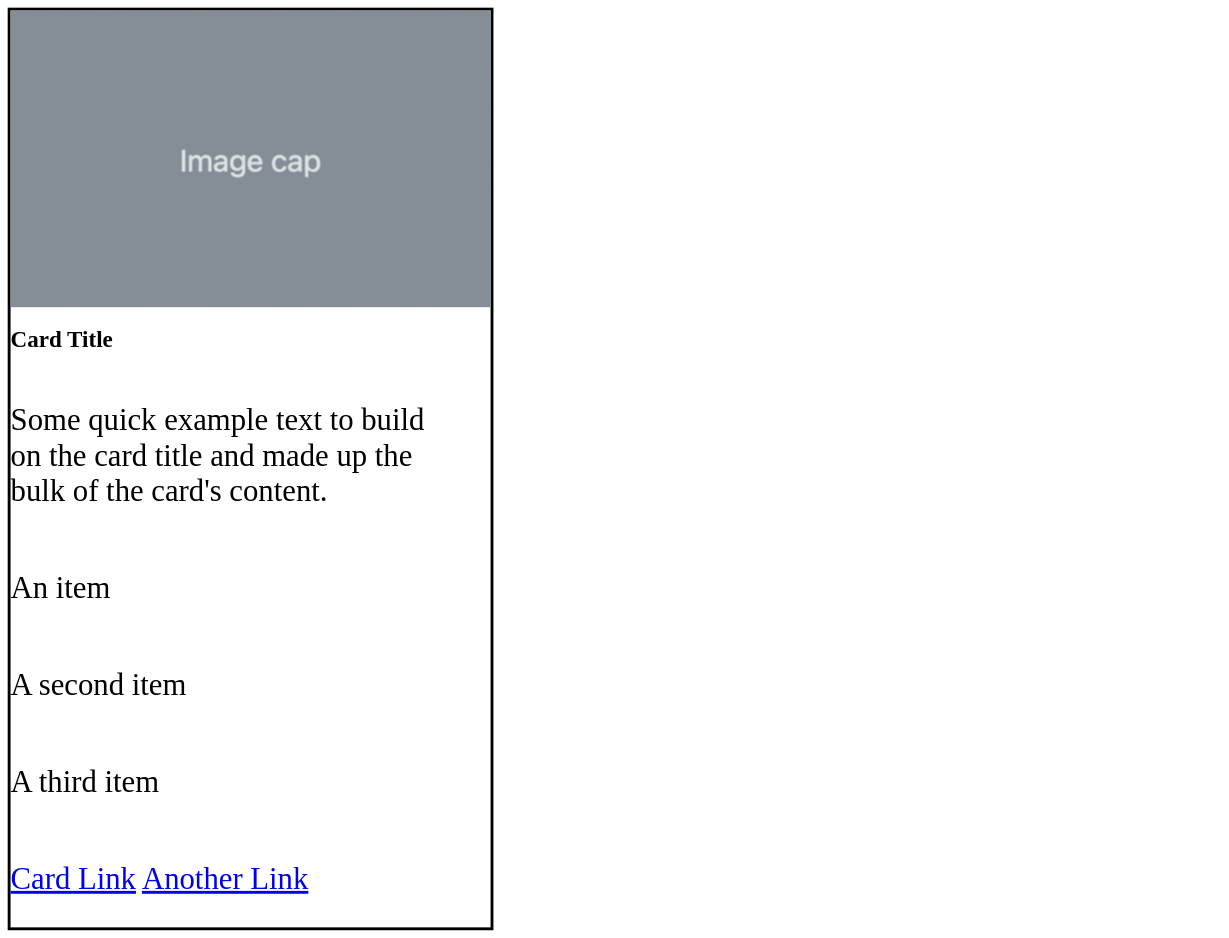
Repository: tr2cky/jsx-exercise
Page: 04 Card/card.html
An editor plug-in stored every save of this project. The page is shown before and after the next save, followed by the edit.
The browser window is 1280 px wide. The pictures show the whole page, at 96% of full size.

Above is the page before, as saved 2022-09-27 16:09:21.

After the next save:
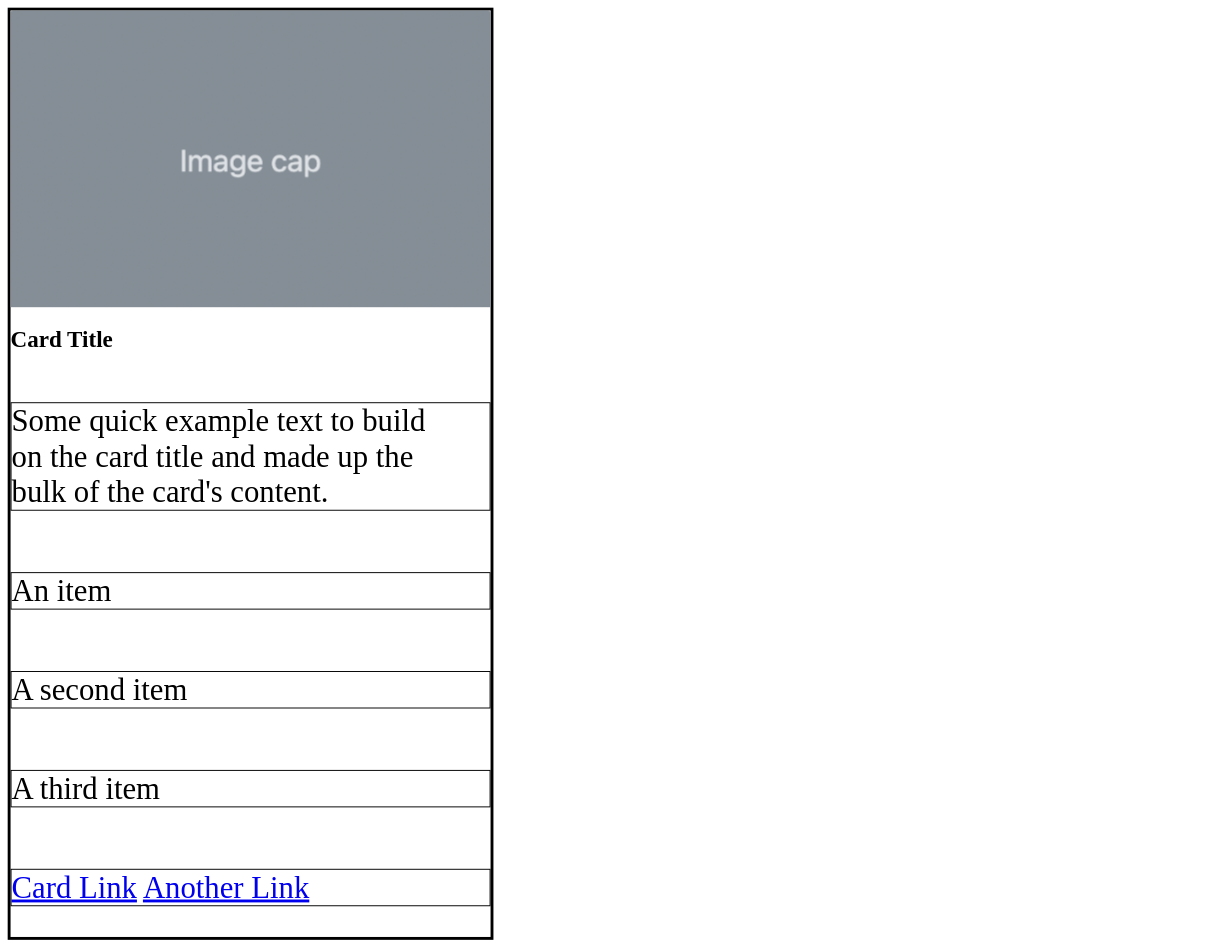
Saved 16 s later.
--- a/04 Card/style.css
+++ b/04 Card/style.css
@@ -9,5 +9,5 @@
 }
 .container > p {
     font-size: 2rem;
-    border: 1px solid blcak;
+    border: 1px solid black;
 }
